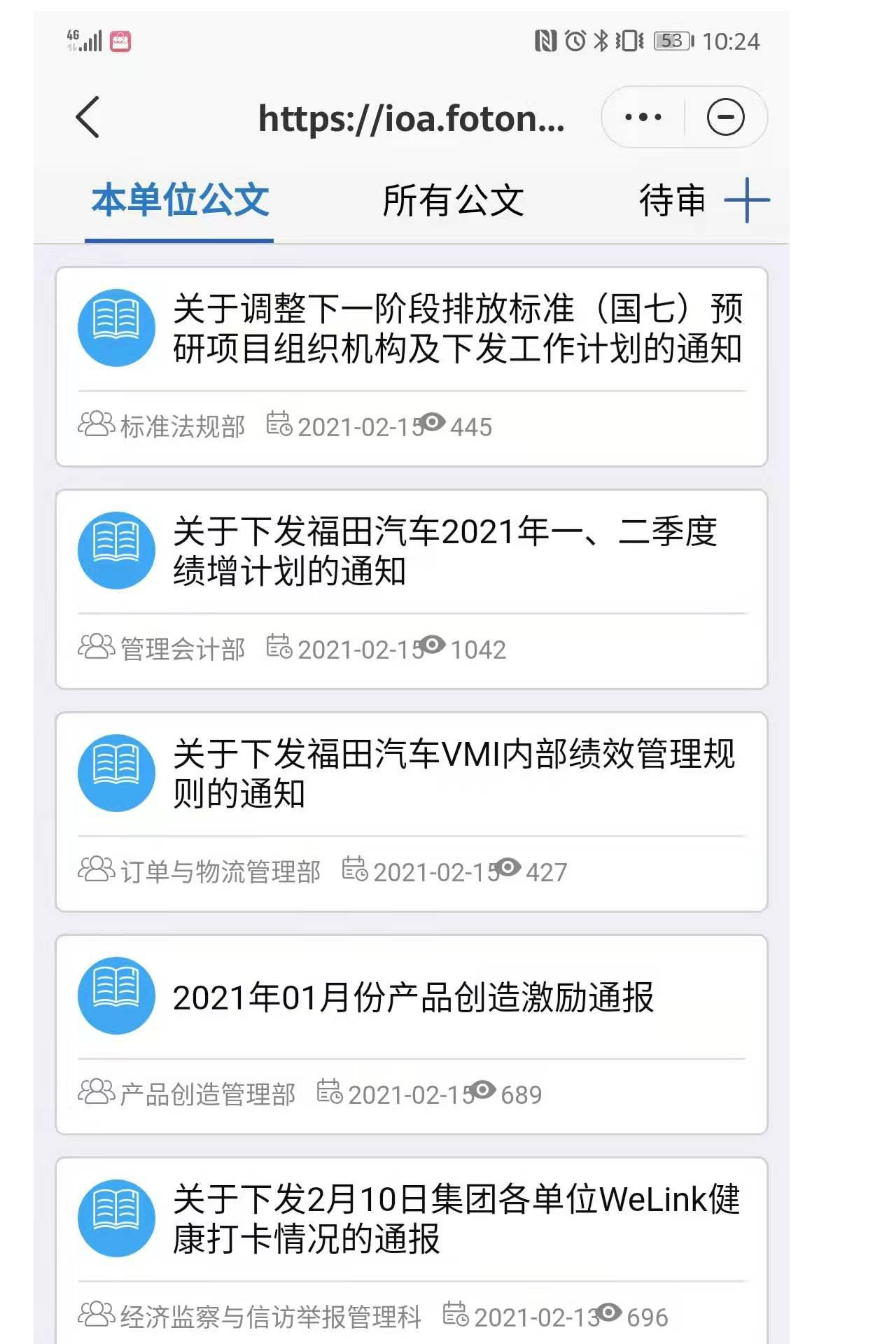
Repository: ch230/2021
Page: A.html
An editor plug-in stored every save of this project. The page is shown before and after the next save, followed by the edit.
The browser window is 1280 px wide. The pictures show the part of the page from y = 0 to 1920 px (the page is 82427 px tall before and 82315 px after), at 70% of full size.

Above is the page before, as saved 2021-02-15 14:31:53.

### A.html
<!DOCTYPE html>
<html lang="en">
  <head>
    <meta charset="UTF-8" />
    <meta name="viewport" content="width=device-width, initial-scale=1.0" />
    <title>Document</title>
  </head>
  <body>
    <div>
      <!-- 待办事宜 -->
      <div>
        <div>
          <!-- 待办事宜 -->
          <!-- 分为待审 待阅 已办 搜索功能 -->
          <!-- 每个都对应一个列表，点击进去就是对应的信息(附件，全文，流程记录，查看基本信息),可以收藏，转发 -->
          <!-- 列表信息:内容，提报人，时间，类型，头像 -->
        </div>
        <ul>
          <li>
            <img src="./img/1.jpg" alt="" />
          </li>
          <li>
            <img src="./img/2.jpg" alt="" />
          </li>
          <li>
            <img src="./img/3.jpg" alt="" />
          </li>
          <li>
            <img src="./img/4.jpg" alt="" />
          </li>
          <li>
            <img src="./img/5.jpg" alt="" />
          </li>
          <li>
            <img src="./img/6.jpg" alt="" />
          </li>
        </ul>
      </div>
      <!-- 公文 -->
      <div>
        <div>
          <!--公文-->
          <!-- 本单位公文，所有公文，待审公文，分类，搜索，常用查询 -->
          <!-- 常用查询:所有公文，我起草的，待我审的，我已审的 -->
          <!-- 分类:按照部门分类（集团级，BU/SBU级，部门级，常州工厂）---（集团和常州区分红头文件，黑头文件） -->
          <!-- 对应列表，列表信息:图标，内容，部门，时间，浏览人数 -->
          <!-- 详情:阅读全文，查看基本信息，流程记录，收藏，分享 -->
        </div>
        <ul>
          <li>
            <img src="./img/7.jpg" alt="" />
          </li>
          <li>
            <img src="./img/8.jpg" alt="" />
          </li>
          <li>
            <img src="./img/9.jpg" alt="" />
          </li>
          <li>
            <img src="./img/10.jpg" alt="" />
          </li>
          <li>
            <img src="./img/11.jpg" alt="" />
          </li>
          <li>
            <img src="./img/12.jpg" alt="" />
          </li>
        </ul>
      </div>
      <!-- 福田新闻 -->
      <div>
        <div>
          <!-- 福田新闻 -->
          <!-- 最新新闻, 分类，搜索，常用查询 -->
          <!-- 列表信息:图片，内容，上传人，上传时间，浏览人数 -->
          <!-- 详情:标题，图文搭配，收藏 -->
          <!-- 分类:集团级，BU/SBU级，部门级，常州工厂，福田戴姆勒/BFDA -->
          <!-- 常用查询:所有新闻，我上传的，待我审的，我已审的，置顶新闻  -->
        </div>
        <ul>
          <li>
            <img src="./img/13.jpg" alt="" />
          </li>
          <li>
            <img src="./img/14.jpg" alt="" />
          </li>
          <li>
            <img src="./img/15.jpg" alt="" />
          </li>
          <li>
            <img src="./img/16.jpg" alt="" />
          </li>
          <li>
            <img src="./img/17.jpg" alt="" />
          </li>
        </ul>
      </div>
      <!-- 制度管理 -->
      <div>
        <div>
          <!-- 制度管理 -->
          <!-- 制度管理, 分类，搜索，常用查询 -->
          <!-- 列表信息:图片，内容，部门，浏览人数 -->
          <!-- 详情:标题，生效时间，文件编号，附件，收藏 -->
          <!-- 附件查看 -->
          <!-- 分类:集团级，BU/SBU级，部门级，常州工厂，福田戴姆勒/BFDA -->
          <!-- 常用查询:所有制度，我起草的，待我审的，我已审的  -->
        </div>

        <ul>
          <li>
            <img src="./img/18.jpg" alt="" />
          </li>
          <li>
            <img src="./img/19.jpg" alt="" />
          </li>
          <li>
            <img src="./img/20.jpg" alt="" />
          </li>
          <li>
            <img src="./img/21.jpg" alt="" />
          </li>
        </ul>
      </div>
      <!-- OA知识中心 -->
      <div>
        <div>
          <!-- OA知识中心 -->
          <!-- 所有文档, 我的文档，分类，搜索，常用查询-->
          <!-- 列表信息:图片，内容，发布人，发布时间，浏览人数 -->
          <!-- 详情:内容，附件，收藏，评价 -->
          <!-- 附件查看 -->
          <!-- 常用查询:所有制度，我起草的，待我审的，我已审的  -->
        </div>

        <ul>
          <li>
            <img src="./img/22.jpg" alt="" />
          </li>
          <li>
            <img src="./img/23.jpg" alt="" />
          </li>
          <li>
            <img src="./img/24.jpg" alt="" />
          </li>
          <li>
            <img src="./img/25.jpg" alt="" />
          </li>
          <li>
            <img src="./img/26.jpg" alt="" />
          </li>
        </ul>
      </div>
      <!-- OA调查问卷 -->
      <div>
        <div>
          <!--OA调查问卷  -->
          <!-- 所有问卷，我参与的，调查结果，搜索-->
          <!-- 列表:已参与人数，结束时间，调查标题 -->
          <!-- 详情:问卷调查状态,参与人数，内容，标题 -->
        </div>
        <ul>
          <li>
            <img src="./img/27.jpg" alt="" />
          </li>
          <li>
            <img src="./img/28.jpg" alt="" />
          </li>
          <li>
            <img src="./img/29.jpg" alt="" />
          </li>
          <li>
            <img src="./img/30.jpg" alt="" />
          </li>
          <li>
            <img src="./img/31.jpg" alt="" />
          </li>
        </ul>
      </div>
    </div>
  </body>
</html>

After the next save:
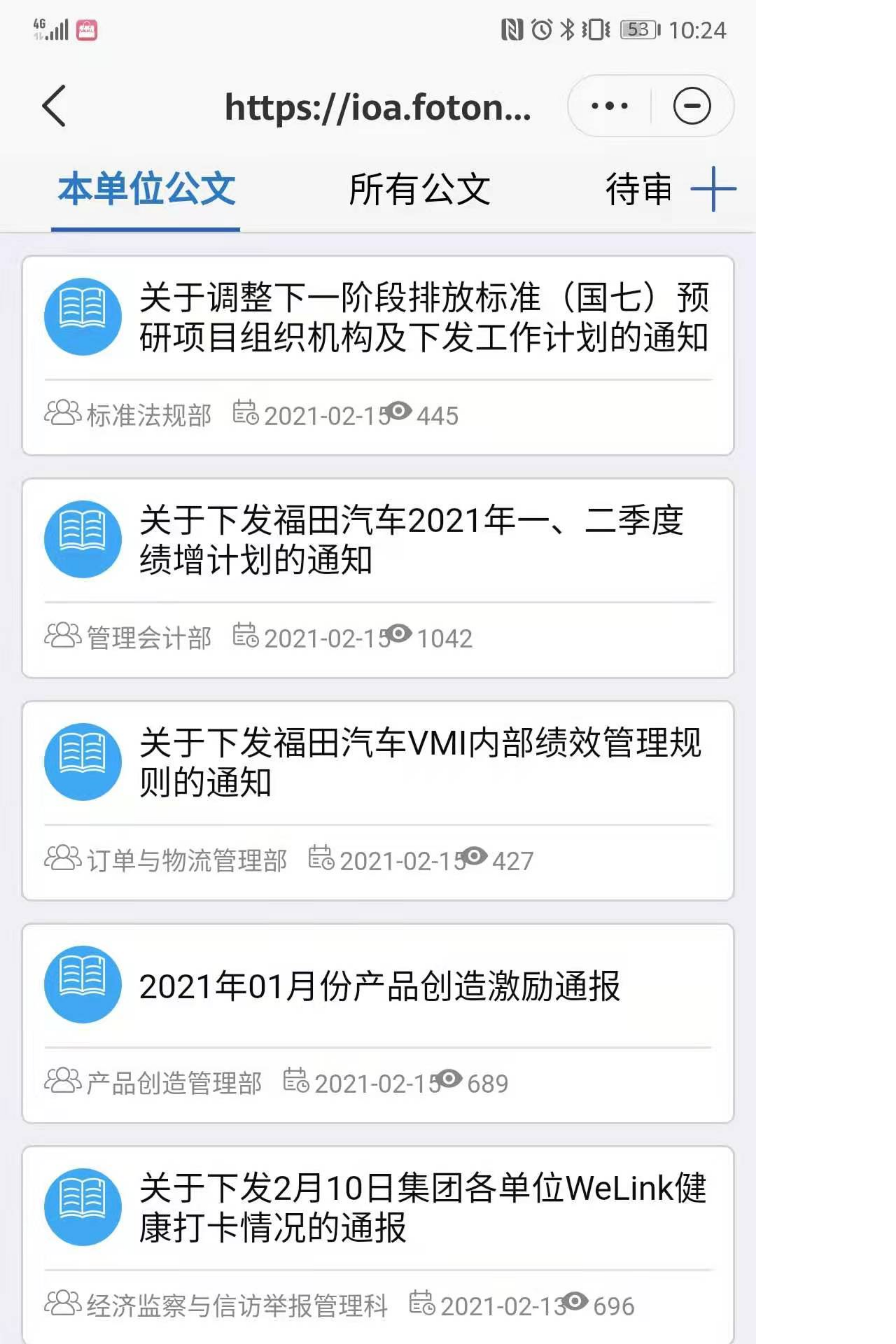
Saved 38 s later.
--- a/A.html
+++ b/A.html
@@ -4,9 +4,19 @@
     <meta charset="UTF-8" />
     <meta name="viewport" content="width=device-width, initial-scale=1.0" />
     <title>Document</title>
+    <style>
+      * {
+        padding: 0;
+        margin: 0;
+        list-style: none;
+      }
+      body,
+      html {
+      }
+    </style>
   </head>
   <body>
-    <div>
+    <div id="app">
       <!-- 待办事宜 -->
       <div>
         <div>
